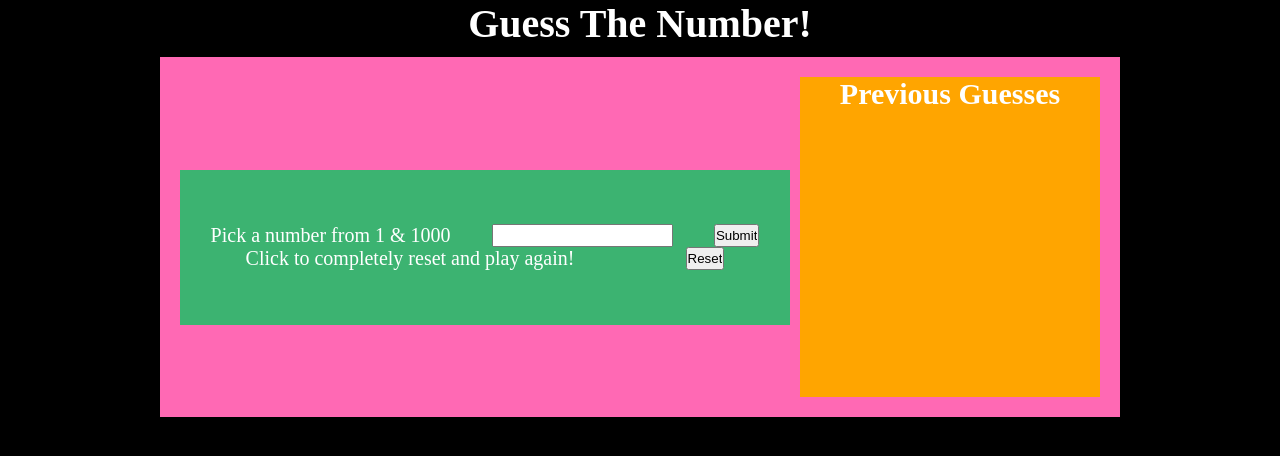
Repository: mlmEFSC21/P14-Guessing-Game
Page: guess.html
An editor plug-in stored every save of this project. The page is shown before and after the next save, followed by the edit.
The browser window is 1280 px wide. The pictures show the whole page.

Above is the page before, as saved 2022-03-17 14:36:36.

### guess.html
<!DOCTYPE html>
<html lang="en">
    <head>
        <meta charset="UTF-8" />
        <meta http-equiv="X-UA-Compatible" content="IE=edge" />
        <meta name="viewport" content="width=device-width, initial-scale=1.0" />
        <link rel="stylesheet" href="guess.css" />
        <script src="guess.js" defer></script>
        <title>Guessing Game</title>
    </head>
    <body>
        <header>
            <h1 class="pageTitle">Guess The Number!</h1>
        </header>
        <section>
            <div class="gameContainer" id="container">
                <div class="results" id="results">
                    <form action="#" class="inputForm">
                        <label for="guessInput">Pick a number from 1 & 1000</label>
                        <input type="text" name="guessInput" id="guessInput" />
                        <input type="button" id="submitBtn" value="Submit" />
                        <label for="resetBtn">Click to completely reset and play again!</label>
                        <input type="button" id="resetBtn" value="Reset" />
                    </form>
                </div>
                <div class="guessesContainer" id="guessesContainer">
                    <h2>Previous Guesses</h2>
                    <ul class="guesses" id="guessList"></ul>
                </div>
            </div>
        </section>
    </body>
</html>

### guess.css
*,
*::after,
*::before {
    box-sizing: border-box;
    margin: 0;
    padding: 0;
}
body {
    background-color: black;
    color: white;
    font-size: 1.25rem;
}
.pageTitle {
    text-align: center;
}
.gameContainer {
    background-color: hotpink;
    display: grid;
    max-width: 960px;
    height: 50vh;
    margin: 10px auto;
    padding: 20px;
    grid-template-columns: repeat(3, 1fr);
    grid-template-rows: repeat(4, 1fr);
    grid-auto-rows: minmax(200px, auto);
    gap: 10px;
    align-items: start;
    justify-content: center;
}
.results {
    background-color: mediumseagreen;
    display: flex;
    flex-direction: column-reverse;
    margin: 10px auto;
    padding: 10px;
    grid-column: 1/3;
    grid-row: 2 / 4;
    height: 100%;
    justify-content: center;
    align-items: center;
}
.inputForm {
    display: flex;
    flex-wrap: wrap;
    justify-content: space-around;
    align-items: space-around;
}
.guessesContainer {
    background-color: orange;
    display: flex;
    flex-direction: column;
    height: 100%;
    grid-row: 1 / 5;
    align-items: center;
}

### guess.js
let randomNumber = Math.floor(Math.random() * 10 + 1);
let guesses = [];

const guessInput = document.getElementById("guessInput");
const resultsDiv = document.getElementById("results");
const submitButton = document.getElementById("submitBtn");
const resetButton = document.getElementById("resetBtn");
const p = document.createElement("p");
const ul = document.getElementById("guessList");
const li = document.createElement("li");
const guessesContainer = document.getElementById("guessesContainer");
const h3 = document.createElement("h3");

//checks to see if the guess is higher, lower, or equal to
function checkGuess() {
    const currentGuess = Number(guessInput.value);
    if (currentGuess == randomNumber) {
        guesses.push(currentGuess);
        p.innerText = "Congratulations! You guessed the number!";
        resultsDiv.append(p);
        countGuesses();
    }
    if (currentGuess < randomNumber) {
        guesses.push(currentGuess);
        p.innerText = "Too low. Try again!";
        resultsDiv.append(p);
        trackGuesses();
    }
    if (currentGuess > randomNumber) {
        guesses.push(currentGuess);
        p.innerText = "Too high. Try again!";
        resultsDiv.append(p);
        trackGuesses();
    }
}
//tracks previous guess in a <ul>. Removes <li> and populates from guesses[] each time.
function trackGuesses() {
    while (ul.hasChildNodes()) {
        ul.removeChild(ul.firstChild);
    }
    for (i = 0; i <= guesses.length - 1; i++) {
        let li = document.createElement("li");
        li.innerText = guesses[i];
        ul.appendChild(li);
    }
}

//counts how many guesses. Uses array length.
function countGuesses() {
    let numOfGuesses = guesses.length;
    h3.innerText = `It took you ${numOfGuesses} guesses!`;
    guessesContainer.append(h3);
}
// creates a new random number for replay
function newRNG() {
    randomNumber = Math.floor(Math.random() * 10 + 1);
}
//resets the game completely.
function resetGame() {
    p.innerText = "";
    resultsDiv.append(p);
    while (ul.hasChildNodes()) {
        ul.removeChild(ul.firstChild);
    }
    guesses = [];
    newRNG();
}

submitButton.addEventListener("click", checkGuess);
resetButton.addEventListener("click", resetGame);
//logging random number for debugging. DELETE LATER
console.log(randomNumber);
console.log(guesses);

After the next save:
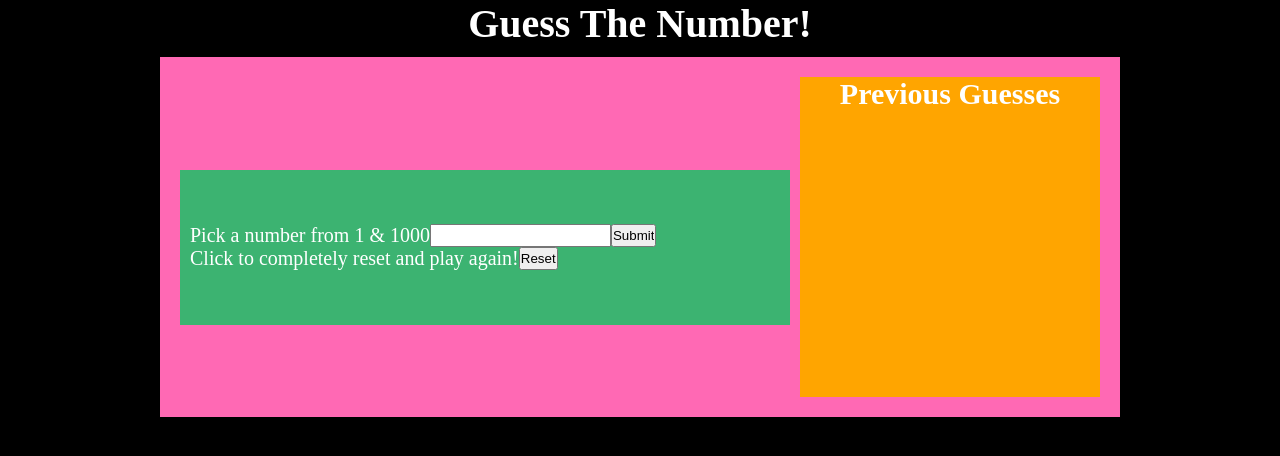
Saved 39 s later.
--- a/guess.css
+++ b/guess.css
@@ -42,8 +42,8 @@ body {
 .inputForm {
     display: flex;
     flex-wrap: wrap;
-    justify-content: space-around;
-    align-items: space-around;
+    /* justify-content: space-around;
+    align-items: space-around; */
 }
 .guessesContainer {
     background-color: orange;
